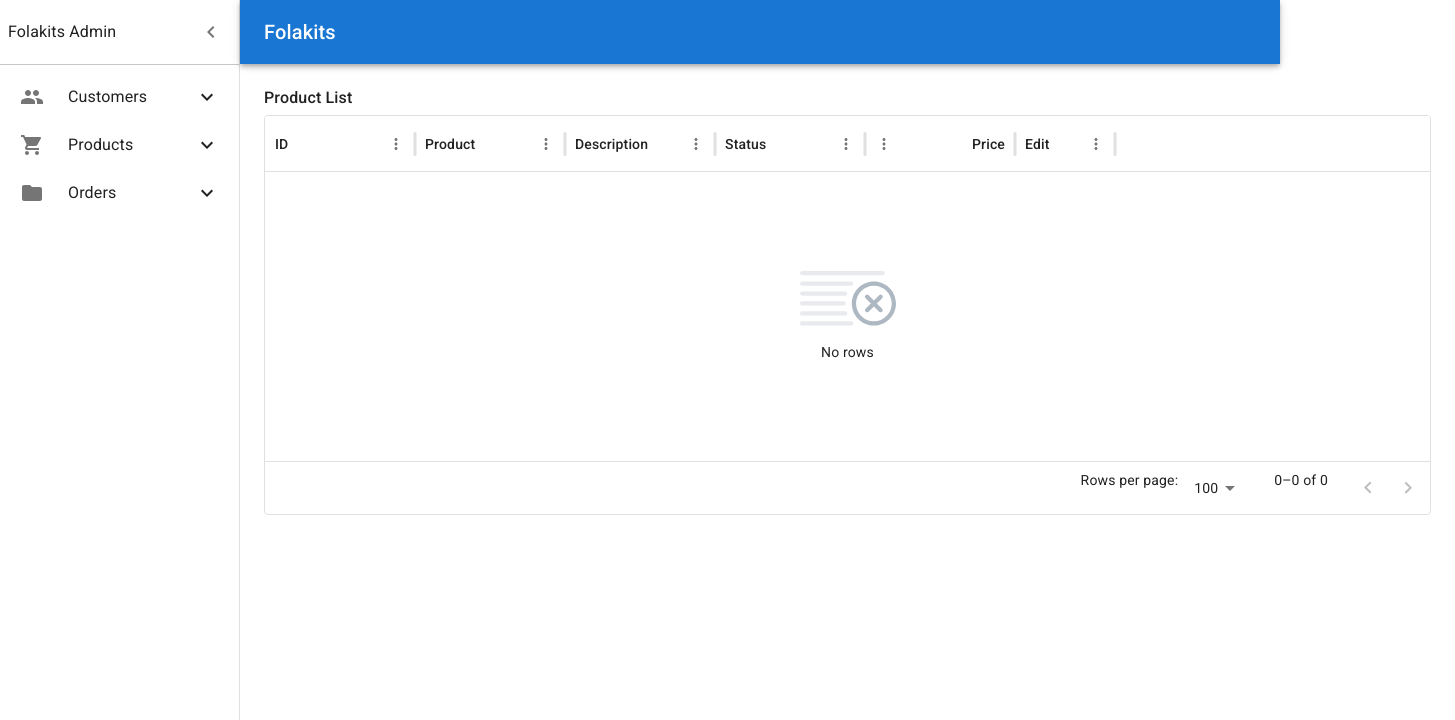
Repository: Celebration-cloud/folakits
Page: /admin
An editor plug-in stored every save of this project. The page is shown before and after a run of saves, followed by the edit.
The browser window is 1280 px wide. The page is 1455 px wide, so the pictures cover 1455 px, including what lies to the right of the window. The pictures show the whole page.
The page's requests for data from a server got no answer. The project was rebuilt for these pictures with package versions that can differ from the ones it lists, and the page was loaded fresh each time. Some packages were replaced by stand-ins written for this rebuild. No one was signed in, and anything a server would have sent is missing. Also part of the build but not shown: vite.config.js, src/components/admin/NewProduct.module.css, src/components/admin/FileUploaders.jsx, server/firebase/NewProductServerside.jsx, src/components/reuseable/spinner/Spinner.jsx, src/components/admin/NewProduct.jsx, src/components/admin/CustomerList.module.css, src/components/admin/CustomerList.jsx and 4 more.

Above is the page before, as saved 2024-07-11 14:40:41.

After the next 6 saves:
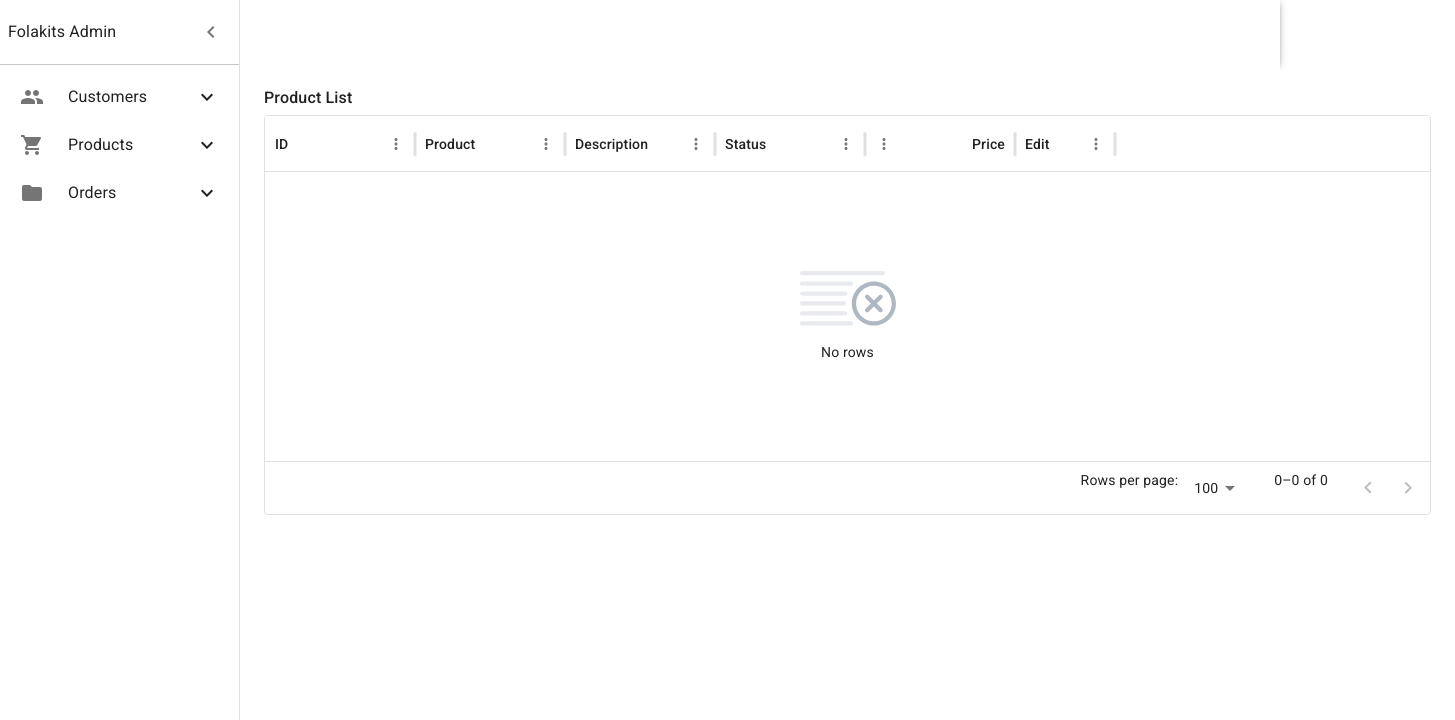
The 6 saves are shown as one change because they came seconds apart.
The last was saved 28 s later.
--- a/src/components/admin/AdminDashboardNav.jsx
+++ b/src/components/admin/AdminDashboardNav.jsx
@@ -156,7 +156,7 @@
   return (
     <Box sx={{ display: "flex" }}>
       <CssBaseline />
-      <AppBar style={{position: "absolute"}} open={open}>
+      <AppBar style={{position: "absolute", zIndex: -1}} open={open}>
         <Toolbar>
           <IconButton
             color="inherit"
